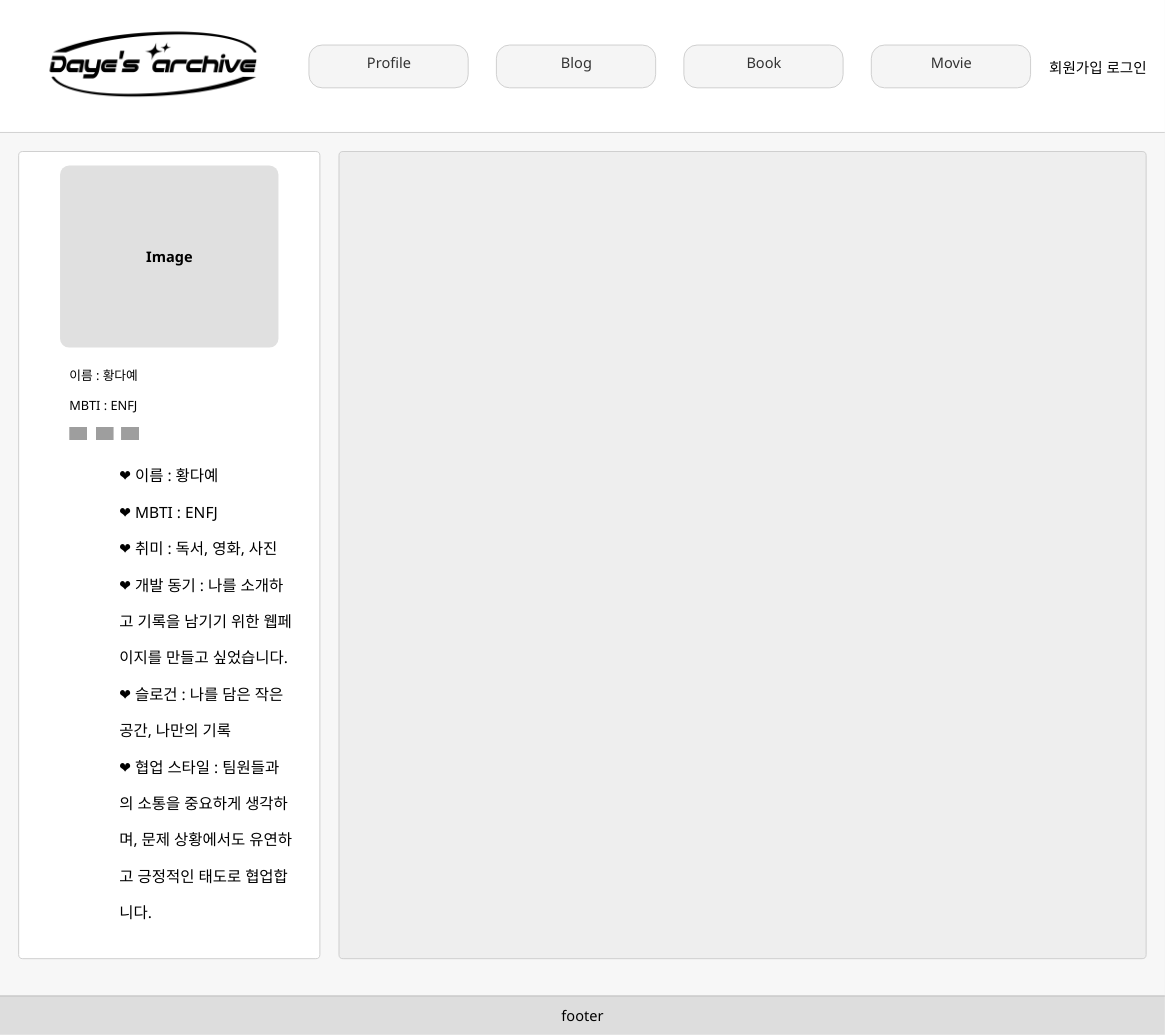
Repository: HWANG-DAYE/spring_project
Page: http://localhost/daye_archive/WEB-INF/views/main.jsp
An editor plug-in stored every save of this project. The page is shown before and after the next save, followed by the edit.
The browser window is 1280 px wide. The pictures show the whole page, at 91% of full size.
Pictures or frames that could not be fetched are drawn as grey boxes. The page is served by Tomcat 9. Nobody is signed in. Other server files are loaded and not shown. The template is opened directly, without the code that normally fills it, so the values that code supplies are empty.

Above is the page before, as saved 2025-08-06 06:43:08.

### daye_archive/src/main/webapp/WEB-INF/views/main.jsp
<%@ page language="java" contentType="text/html; charset=UTF-8"
	pageEncoding="UTF-8"%>
<%@ taglib uri="http://java.sun.com/jsp/jstl/core" prefix="c"%>
<!DOCTYPE html>
<html lang="ko">
<head>
<meta charset="UTF-8">
<title>메인 페이지</title>
<style>
body {
	margin: 10px; font-family : 'Segoe UI', Tahoma, Geneva, Verdana,
	sans-serif;
	background-color: #f7f7f7;
	font-family: 'Segoe UI', Tahoma, Geneva, Verdana, sans-serif;
}

header {
	display: flex;
	justify-content: space-between;
	align-items: center;
	padding: 10px 20px;
	background-color: #ffffff;
	border-bottom: 1px solid #ccc;
}

.container {
	display: flex;
	padding: 20px;
}

.profile {
	width: 300px;
	background-color: #fff;
	border: 1px solid #ccc;
	padding: 15px;
	border-radius: 5px;
	margin-right: 20px;
	text-align: center;
	align-items: center;
}

.profile .image-box {
	width: 80%;
	height: 200px;
	background-color: #e0e0e0;
	border-radius: 10px;
	margin: 0 auto 10px; /* 가운데 정렬을 위해 수정 */
	display: flex;
	justify-content: center;
	align-items: center;
	font-weight: bold;
}

.profile .info {
	text-align: left;
	font-size: 14px;
	margin-top: 20px;
	margin-left: 40px;
}

.profile .sns {
	margin: 8px 0;
}

.profile .sns img {
	width: 20px;
	margin-right: 5px;
}
.profile ul {
  list-style: none;
  margin: 15px;
}

.profile li {
  font-size: 17px;
  line-height: 40px;
}

.content {
	flex: 1;
	background-color: #eeeeee;
	border: 1px solid #ccc;
	border-radius: 5px;
	min-height: 400px;
}

footer {
	text-align: center;
	padding: 10px;
	background-color: #ddd;
	border-top: 1px solid #bbb;
	margin-top: 20px;
}
</style>
</head>
<body>

	<header>
		<jsp:include page="navi.jsp" />
	</header>

	<div class="container">
		<div class="profile">
			<div class="image-box">Image</div>
			<div class="info">
				<p>이름 : 황다예</p>
				<p>MBTI : ENFJ</p>
				<div class="sns">
					<img src="img/github.png" alt="GitHub"> <img
						src="img/velog.png" alt="Velog"> <img src="img/notion.png"
						alt="Notion">
				</div>
				<ul>
					<li>❤︎ 이름 : 황다예</li>
					<li>❤︎ MBTI : ENFJ</li>
					<li>❤︎ 취미 : 독서, 영화, 사진</li>
					<li>❤︎ 개발 동기 : 나를 소개하고 기록을 남기기 위한 웹페이지를 만들고 싶었습니다.</li>
					<li>❤︎ 슬로건 : 나를 담은 작은 공간, 나만의 기록</li>
					<li>❤︎ 협업 스타일 : 팀원들과의 소통을 중요하게 생각하며, 문제 상황에서도 유연하고 긍정적인 태도로
						협업합니다.</li>
				</ul>
			</div>
		</div>

		<div class="content">
			<!-- 중앙 컨텐츠 영역 -->
		</div>
	</div>

	<footer> footer </footer>

</body>
</html>

### daye_archive/src/main/webapp/WEB-INF/views/navi.jsp
<%@ page language="java" contentType="text/html; charset=UTF-8"
	pageEncoding="UTF-8"%>
<!DOCTYPE html>
<html>
<head>
<meta charset="UTF-8">
<title>Insert title here</title>
<style>
body {
	margin: 0;
	font-family: 'Segoe UI', Tahoma, Geneva, Verdana, sans-serif;
	background-color: #f7f7f7;
}

header {
	justify-content: space-between;
	align-items: center;
	padding: 10px 20px;
	background-color: #ffffff;
	border-bottom: 1px solid #ccc;
}

.logo-img {
	height: 80px;
	padding: 20px 30px;
	object-fit: contain;
}

.container {
	display: flex;
	padding: 20px;
}

.nav-links {
	display: flex;
	gap: 30px;
	justify-content: flex-start;
}

.nav-links a {
	width: 150px;
	height: 30px;
	text-decoration: none;
	text-align: center;
	color: #333;
	padding: 8px 12px;
	border-radius: 15px;
	border: 1px solid #ccc;
	background-color: #f5f5f5;
	transition: background-color 0.2s;
	display: flex;
	align-items: left;
	justify-content: center;
}

.nav-links a:hover {
	background-color: #e0e0e0;
}
.sign {
	gap: 30px;
	text-align:right;
}
</style>
</head>
<body>
	<!-- navi.jsp -->
	<div class="logo">
		<a href="main.jsp"> <img
			src="${pageContext.request.contextPath}/resources/images/logo1.png"
			alt="Logo" class="logo-img">
		</a>
	</div>

	<nav class="nav-links">
		<a href="bookList.jsp">Profile</a>
		<a href="movieList.jsp">Blog</a>
		<a href="profile.jsp">Book</a>
		<a href="logout.jsp">Movie</a>
	</nav>

	<div class="sign">
		<a herf="/">회원가입</a>
		<a herf="/">로그인</a>
	</div>

</body>
</html>

After the next save:
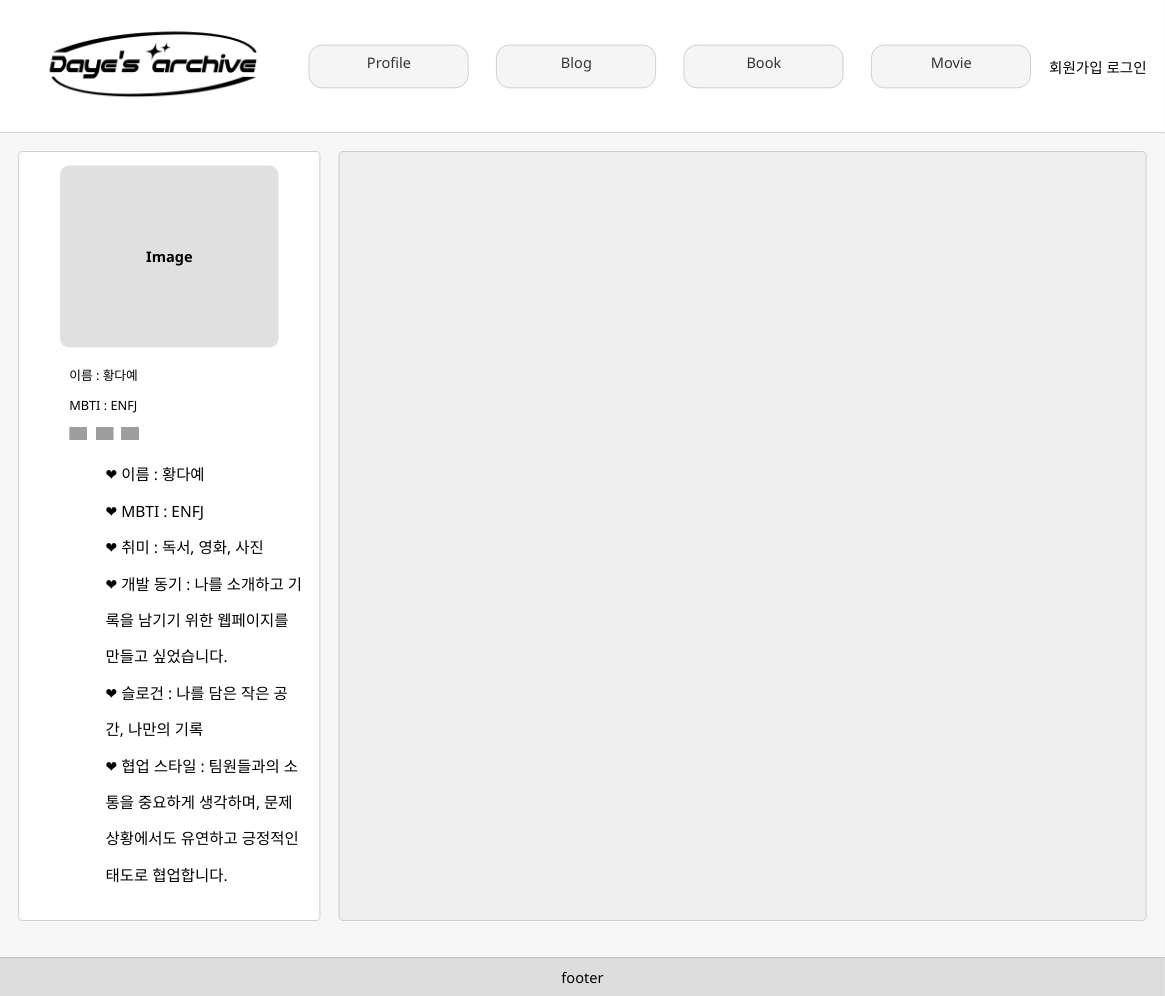
Saved 20 s later.
--- a/daye_archive/src/main/webapp/WEB-INF/views/main.jsp
+++ b/daye_archive/src/main/webapp/WEB-INF/views/main.jsp
@@ -68,7 +68,6 @@ header {
 }
 .profile ul {
   list-style: none;
-  margin: 15px;
 }
 
 .profile li {
